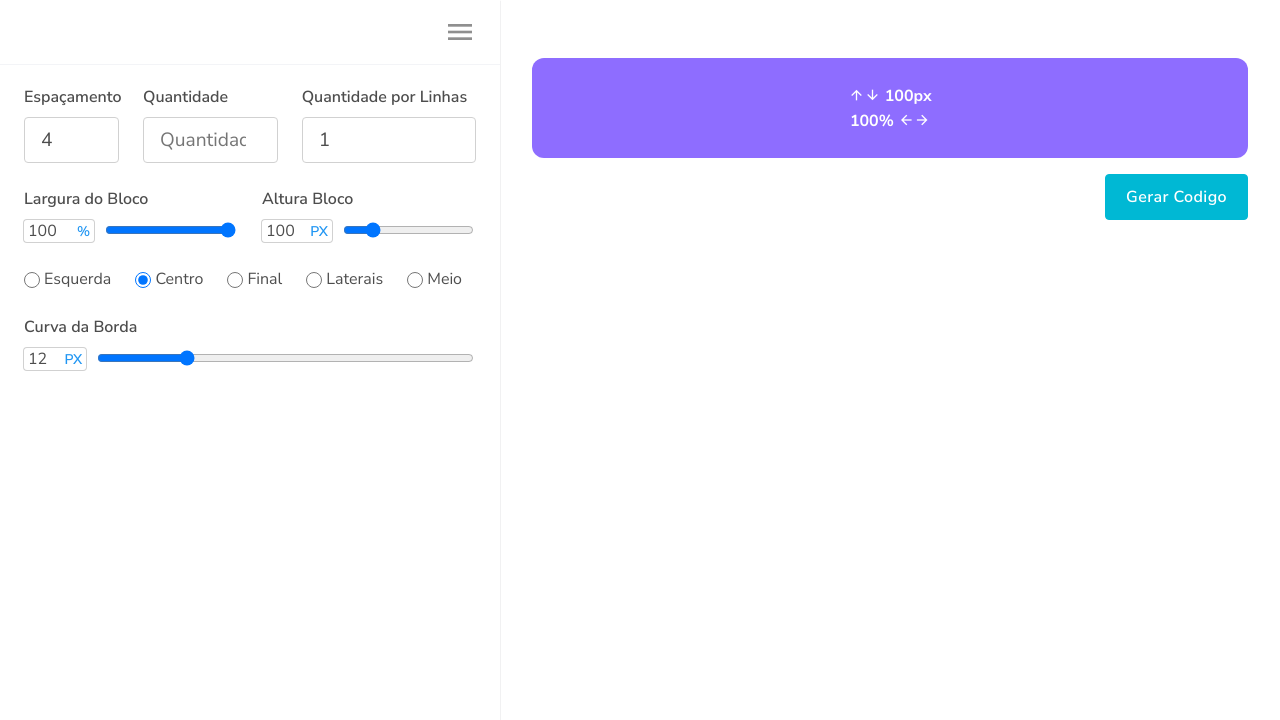
Repository: Flintdl/lowcode-elements
Page: /
The author's editor kept a copy of each file at every save. The page is drawn from the files as they stood at one save, then again after the next save.
The browser window is 1280 px wide. The pictures show the whole page.
The project was rebuilt for these pictures with package versions that can differ from the ones it lists, and the page was loaded fresh each time. Also part of the build but not shown: vue.config.js.

Above is the page before, as saved 2022-04-05 11:54:26.

After the next save:
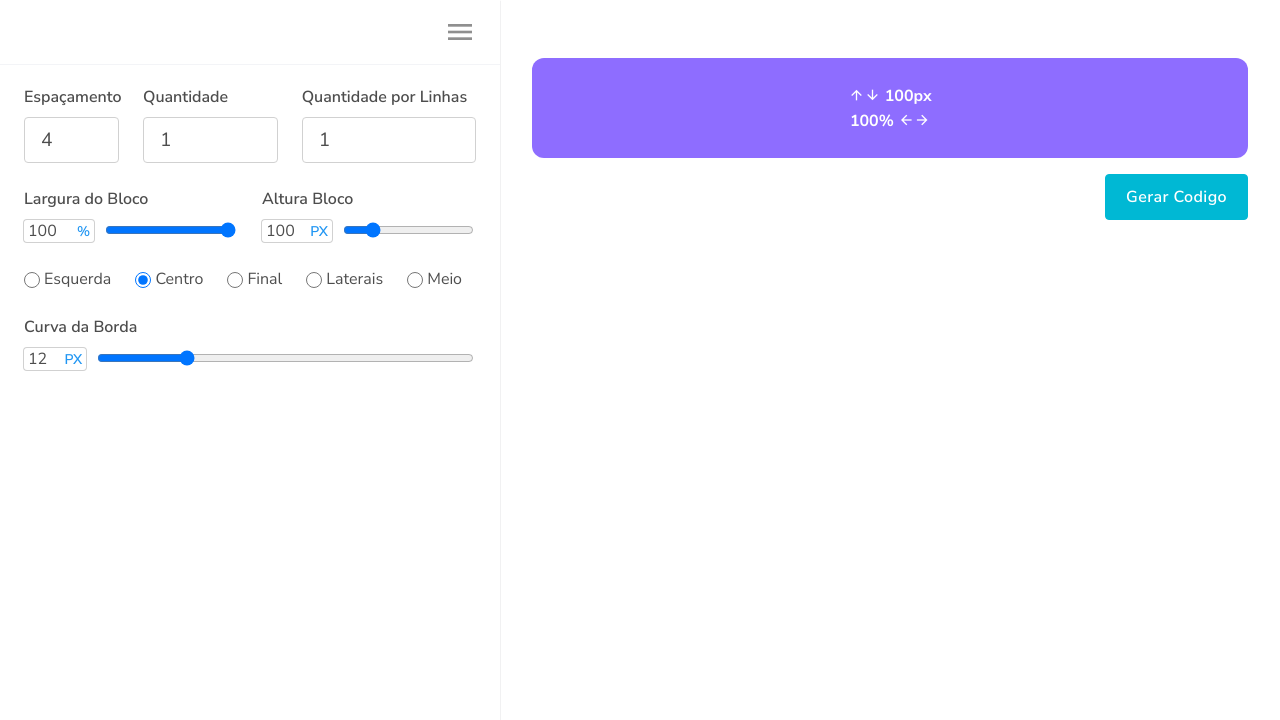
Saved 1 s later.
--- a/src/components/templates/InputQuantidadeTemplate.vue
+++ b/src/components/templates/InputQuantidadeTemplate.vue
@@ -5,7 +5,7 @@
       type="number"
       value="1"
       id="inputQuantidade"
-      v-model="inputQuantidade"
+      v-model="valor"
       class="filter-states sf-text-capitalize"
       placeholder="Quantidade de Blocos"
     />
